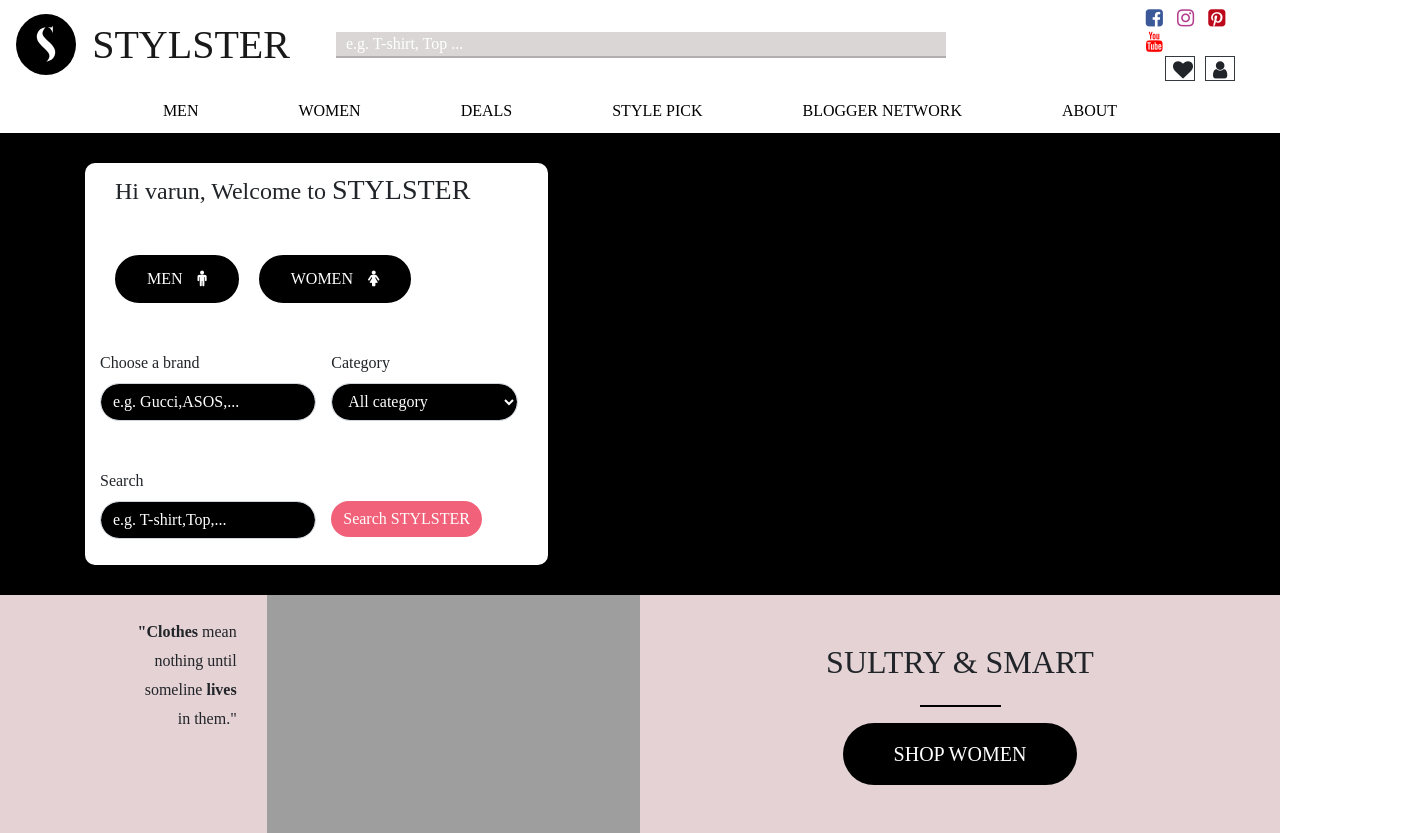
Repository: Lovekr/stylester
Page: stylster_frontend_design/index.html
An editor plug-in stored every save of this project. The page is shown before and after the next save, followed by the edit.
The browser window is 1280 px wide. The page is 1402 px wide, so the pictures cover 1402 px, including what lies to the right of the window. The pictures show the part of the page from y = 0 to 833 px (the page is 4695 px tall).
Pictures or frames that could not be fetched are drawn as grey boxes. Some web fonts or font styles are not loaded; a fallback is used.

Above is the page before, as saved 2020-03-03 19:02:56.

### stylster_frontend_design/index.html
<!DOCTYPE html>
<html lang="en">
<head>
    <meta charset="UTF-8">
    <meta name="viewport" content="width=device-width, initial-scale=1.0">
    <link rel="stylesheet" href="https://stackpath.bootstrapcdn.com/bootstrap/4.4.1/css/bootstrap.min.css" >
     <link rel="stylesheet" href="./css/owl.carousel.css">
     <link rel="stylesheet" href="./css//owl.theme.default.min.css">
     <link rel="stylesheet" href="https://cdnjs.cloudflare.com/ajax/libs/font-awesome/4.7.0/css/font-awesome.min.css">
    <link rel="stylesheet" href="./style.css">
    <link rel="stylesheet" href="./responsive.css">
    <title>STYLSTER</title>
</head>
<body>
    <div id="navbar">
        <nav class="navbar navbar-expand-lg navbar-light">
            <img class="pr-3"
            src="./asset/stylster logo1-01.svg"><a class="navbar-brand" href="#">STYLSTER</a>

          <button class="navbar-toggler" type="button" data-toggle="collapse" data-target="#navbarSupportedContent" aria-controls="navbarSupportedContent" aria-expanded="false" aria-label="Toggle navigation">
            <span class="navbar-toggler-icon"></span>
        </button>
            <div class="collapse navbar-collapse" id="navbarSupportedContent">
              <input type="text" placeholder="e.g. T-shirt, Top ...">
              <div class="navbar-manu-inside">
                <a href="#">MEN</a>
                <a href="#">WOMEN</a>
                <a href="#">DEALS</a>
                <a href="#">STYLE PICK</a>
                <a href="#">BLOGGER NETWORK</a>
                <a href="#">ABOUT</a>
              </div>
              <div class="displaynone1000">
                <div>
                    <i class="fa fa-facebook-square"></i>
                    <i class="fa fa-instagram"></i>
                    <i class="fa fa-pinterest-square"></i>
                    <i class="fa fa-youtube"></i>
                  </div>
                  <div class="flexIcon">
                    <i class="fa fa-heart border border-dark"></i>
                    <i class="fa fa-user border border-dark"></i>
                  </div>
              </div>
            </div>

        </nav>
        <div class="navbar-manu">
          <a href="#">MEN</a>
          <a href="#">WOMEN</a>
          <a href="#">DEALS</a>
          <a href="#">STYLE PICK</a>
          <a href="#">BLOGGER NETWORK</a>
          <a href="#">ABOUT</a>
        </div>
    </div>



    <div id="main-header">
        <div class="container">
            <div class="row">
                <div class="col-md-5 col-sm-12 bg-white">

                    <h4>Hi varun, Welcome to  <span class="stylster">  STYLSTER</span></h4>
                    <div class="category mt-5">
                        <div class="flex">
                            <span class="menCat">MEN<i class="fa fa-male"></i></span>
                            <span class="womenCat">WOMEN<i class="fa fa-female"></i></span>

                        </div>
                         </div>
                    <div class="row mt-5">
                        <div class="col-xs-12 col-sm-6 pad0">
                            <div class="form-group">
                                <label for="exampleInputEmail1">Choose a brand</label>
                                <input type="email" class="form-control" id="exampleInputEmail1" aria-describedby="emailHelp" placeholder="e.g. Gucci,ASOS,...">
                            </div>
                            <div class="form-group mt-5">
                                <label for="exampleInputEmail1">Search</label>
                                <input type="email" class="form-control" id="exampleInputEmail1" aria-describedby="emailHelp" placeholder="e.g. T-shirt,Top,...">
                            </div>
                        </div>
                        <div class="col-xs-12 col-sm-6">
                            <div>
                                <label for="exampleInputEmail1">Category</label>
                                <select id="inputState" class="form-control">
                                    <option selected>All category</option>
                                    <option>select 1</option>
                                    <option>select 2</option>
                                    <option>select 3</option>
                                    <option>select 4</option>
                                  </select>
                            </div>

                            <button class="btn btn-primary mt-5">Search STYLSTER</button>
                        </div>
                    </div>
                </div>
                <div class="col-md-6 col-sm-12"></div>
            </div>
        </div>
    </div>

    <div id="shoping">
        <div class="container-fluid">
            <div class="row">
                <div class="col-md-6 col-sm-12 pad0">
                    <div class="container-fluid">
                        <div class="row">

                            <div class="col-xs-12 col-sm-5 pad0 height300 bgPink res800">
                                <ul class="text-right">
                                    <li ><span class="font-weight-bold">"Clothes</span> mean</li>
                                    <li>nothing until</li>
                                    <li>someline <span class="font-weight-bold">lives</span></li>
                                    <li>in them."</li>
                                </ul>
                            </div>
                            <div class="col-xs-12 col-sm-7 pad0 height300">
                                <img class="imgauto" src="https://images.unsplash.com/photo-1554555819-f722cb0c01c5?ixlib=rb-1.2.1&ixid=eyJhcHBfaWQiOjEyMDd9&auto=format&fit=crop&w=334&q=80">
                            </div>
                        </div>
                    </div>

                    <div class="text-center p-5 bgBlue">
                        <h2 class="pb-4">ELEGANT & SLICK</h2>
                        <div class="line my-3">
                            <div class="line200"></div>
                        </div>
                        <button class="btn my-3 btnBlack">SHOP MEN</button>
                    </div>

                </div>
                <div class="col-md-6 col-sm-12 pad0">
                    <div class="text-center p-5 bgPink">
                        <h2 class="pb-4">SULTRY & SMART</h2>
                        <div class="line ">
                            <div class="line200"></div>
                        </div>
                        <button class="btn my-3 btnBlack">SHOP WOMEN</button>
                    </div>
                    <div class="container-fluid">
                        <div class="row">
                            <div class="col-xs-12 col-sm-7 pad0 height300 ">
                                <img class="img-responsive" src="https://images.unsplash.com/photo-1544632247-c645ab44e580?ixlib=rb-1.2.1&ixid=eyJhcHBfaWQiOjEyMDd9&auto=format&fit=crop&w=334&q=80">
                            </div>
                            <div class="col-xs-12 col-sm-5 pad0 height300 bgBlue res800">
                                <ul class="text-left">
                                    <li >"The <span class="font-weight-bold">difference</span> mean</li>
                                    <li>between</li>
                                    <li><span class="font-weight-bold">style</span> & <span class="font-weight-bold">fashion</span></li>
                                    <li>is quality."</li>
                                </ul>
                            </div>
                        </div>
                    </div>
                </div>
        </div>
    </div>


    <div id="galleryCard" class="container-fluid">
            <div>
                <div class="flex1 pt-5">
                    <div>
                        <h3>Hot Deals</h3>
                    </div>
                    <div>
                        <button class="btn btn-outline-dark">VIEW ALL</button>
                    </div>
                </div>
                <div class="row mt-5 height200">
                    <div class="col-md-12 col-lg-4">
                        <div class="height250">
                            <img class="img-fluid" src="https://images.unsplash.com/photo-1544005313-94ddf0286df2?ixlib=rb-1.2.1&ixid=eyJhcHBfaWQiOjEyMDd9&auto=format&fit=crop&w=334&q=80">
                            <div class="overlay"></div>
                            <div class=" hoverText">
                                <div class="text-center">
                                    <div>
                                        <h4>SUMMER</h4>
                                        <h1>SALE</h1>
                                        <h5>UP TO 40% OFF</h5>
                                        <button class="btn btn-secondary btn-lg my-3">SHOP NOW</button>
                                    </div>
                                </div>
                            </div>
                        </div>
                    </div>
                    <div class="col-md-12 col-lg-4">
                        <div class="height250">
                            <img class="img-fluid" src="https://images.unsplash.com/photo-1542080681-b52d382432af?ixlib=rb-1.2.1&ixid=eyJhcHBfaWQiOjEyMDd9&auto=format&fit=crop&w=334&q=80">
                            <div class="overlay"></div>
                            <div class=" hoverText">
                                <div class="text-center">
                                    <div class="text">
                                        <h4>SUMMER</h4>
                                        <h1>SALE</h1>
                                        <h5>UP TO 40% OFF</h5>
                                        <button class="btn btn-secondary btn-lg my-3">SHOP NOW</button>
                                    </div>
                                </div>
                            </div>
                        </div>
                    </div>
                    <div class="col-md-12 col-lg-4 height400">
                        <div class="height250">
                            <img class="img-fluid" src="https://images.unsplash.com/photo-1486663845017-3eedaa78617f?ixlib=rb-1.2.1&ixid=eyJhcHBfaWQiOjEyMDd9&auto=format&fit=crop&w=334&q=80">
                            <div class="overlay"></div>
                            <div class=" hoverText">
                                <div class="text-center">
                                    <div>
                                        <h4>SUMMER</h4>
                                        <h1>SALE</h1>
                                        <h5>UP TO 40% OFF</h5>
                                        <button class="btn btn-secondary btn-lg my-3">SHOP NOW</button>
                                    </div>
                                </div>
                            </div>
                        </div>
                    </div>
                </div>
            </div>

            <div class="Style-pick">

                <div class="flex1 ">
                    <div>
                        <h3>Style Pick</h3>
                    </div>
                    <div>
                        <button class="btn btn-outline-dark">VIEW ALL</button>
                    </div>
                </div>

                <div class="bgBlack">
                    <h3 class="py-4">Choose your Budget</h3>
                    <div class="owl-carousel owl-theme">
                        <div class="item">
                            <img class="img-" alt="Responsive image" src="https://images.unsplash.com/photo-1486663845017-3eedaa78617f?ixlib=rb-1.2.1&ixid=eyJhcHBfaWQiOjEyMDd9&auto=format&fit=crop&w=334&q=80">
                            <h3 class="inside-title buttonhover"><i class="fa fa-inr"></i> 0-1500</h3>
                        </div>
                        <div class="item">
                            <img class="img-" alt="Responsive image" src="https://images.unsplash.com/photo-1541647376583-8934aaf3448a?ixlib=rb-1.2.1&ixid=eyJhcHBfaWQiOjEyMDd9&auto=format&fit=crop&w=334&q=80">
                            <h3 class="inside-title buttonhover"><i class="fa fa-inr"></i> 1500-3000</h3>
                        </div>
                        <div class="item">
                            <img class="img-responsive" alt="Responsive image" src="https://images.unsplash.com/photo-1486663845017-3eedaa78617f?ixlib=rb-1.2.1&ixid=eyJhcHBfaWQiOjEyMDd9&auto=format&fit=crop&w=334&q=80">
                            <h3 class="inside-title buttonhover"><i class="fa fa-inr"></i> 3000-5000</h3>
                        </div>
                        <div class="item">
                            <img class="img-responsive" alt="Responsive image" src="https://images.unsplash.com/photo-1571816119553-df62a2eedf56?ixlib=rb-1.2.1&ixid=eyJhcHBfaWQiOjEyMDd9&auto=format&fit=crop&w=334&q=80">
                            <h3 class="inside-title buttonhover"><i class="fa fa-inr"></i> 5000-1000</h3>
                        </div>
                        <div class="item">
                            <img class="img-responsive" alt="Responsive image" src="https://images.unsplash.com/photo-1486663845017-3eedaa78617f?ixlib=rb-1.2.1&ixid=eyJhcHBfaWQiOjEyMDd9&auto=format&fit=crop&w=334&q=80">
                            <h3 class="inside-title buttonhover">LUXURY COLLECTION</h3>
                        </div>

                    </div>
                </div>

            </div>

            <div class="flex1 pt-5">
                <div>
                    <h3>Connect With Your Favourite Bloggers </h3>
                </div>
                <div>
                    <button class="btn btn-outline-dark">VIEW ALL</button>
                </div>
            </div>


             <div class="blog">
                <div class="container-fluid">
                 <div class="row">



                     <div class="col-sm-12 col-md-6 col-lg-4">
                         <div class="blog3">
                             <div class="imgBlock">
                                 <div class="blog-title">
                                    <h4>Juhi Godambe</h4>
                                </div>
                             <img class="img-fluid" src="https://images.unsplash.com/photo-1574473084259-9839447145a2?ixlib=rb-1.2.1&auto=format&fit=crop&w=750&q=80">
                             </div>

                             <div class="wrapper p-2">
                                <p class="colorblue">01/19-01/23</p>
                                <p>Click here to add your own content, or
                                    connect to data from your collections.</p>

                                    <div class="floatLeft mt-4">
                                        <div class="blogIcon">
                                            <i class="fa fa-user fa-2x"></i>
                                        </div>

                                        <button type="button" class="btn buttonhover">Visit Profile</button>
                                    </div>
                             </div>

                         </div>
                     </div>


                     <div class="col-sm-12 col-md-6 col-lg-4">
                        <div class="blog3">
                            <div class="imgBlock">
                                <div class="blog-title">
                                   <h4>Juhi Godambe</h4>
                               </div>
                            <img class="img-fluid" src="https://images.unsplash.com/photo-1574473084259-9839447145a2?ixlib=rb-1.2.1&auto=format&fit=crop&w=750&q=80">
                            </div>

                            <div class="wrapper p-2">
                               <p class="colorblue">01/19-01/23</p>
                               <p>Click here to add your own content, or
                                   connect to data from your collections.</p>

                                   <div class="floatLeft mt-4">
                                       <div class="blogIcon">
                                           <i class="fa fa-user fa-2x"></i>
                                       </div>

                                       <button type="button" class="btn buttonhover">Visit Profile</button>
                                   </div>
                            </div>

                        </div>
                    </div>

                    <div class="col-sm-12 col-md-6 col-lg-4">
                        <div class="blog3">
                            <div class="imgBlock">
                                <div class="blog-title">
                                   <h4>Juhi Godambe</h4>
                               </div>
                            <img class="img-fluid" src="https://images.unsplash.com/photo-1574473084259-9839447145a2?ixlib=rb-1.2.1&auto=format&fit=crop&w=750&q=80">
                            </div>

                            <div class="wrapper p-2">
                               <p class="colorblue">01/19-01/23</p>
                               <p>Click here to add your own content, or
                                   connect to data from your collections.</p>

                                   <div class="floatLeft mt-4">
                                       <div class="blogIcon">
                                           <i class="fa fa-user fa-2x"></i>
                                       </div>

                                       <button type="button" class="btn buttonhover">Visit Profile</button>
                                   </div>
                            </div>

                        </div>
                    </div>

                 </div>
                </div>

             </div>




             <div class="styleter-Blog">
                <div class="flex1 py-4">
                    <div>
                        <h3>Stylster Blog</h3>
                    </div>
                    <div>
                        <button class="btn btn-outline-dark">VIEW ALL</button>
                    </div>
                </div>
                <div class="row">
                    <div class="col-sm-12 col-md-6 col-lg-4 mb-3 dealItem">
                        <img class="img-responsive" src="https://images.unsplash.com/photo-1565616807513-b5fb09209c85?ixlib=rb-1.2.1&ixid=eyJhcHBfaWQiOjEyMDd9&auto=format&fit=crop&w=375&q=80">
                        <p class="style-blog-title">Meghan Markle is pregnant </p>
                    </div>
                    <div class="col-sm-12 col-md-6 col-lg-4 mb-3 dealItem">
                          <img class="img-responsive" src="https://images.unsplash.com/photo-1554151228-14d9def656e4?ixlib=rb-1.2.1&ixid=eyJhcHBfaWQiOjEyMDd9&auto=format&fit=crop&w=333&q=80">
                          <p class="style-blog-title">The Knee-High Boots You’ll
                            Need This Fall</p>
                    </div>
                    <div class="col-sm-12 col-md-6 col-lg-4 mb-3 dealItem">
                        <img class="img-responsive" src="https://images.unsplash.com/photo-1579591919791-0e3737ae3808?ixlib=rb-1.2.1&auto=format&fit=crop&w=358&q=80">
                        <p class="style-blog-title">Anna Wintour Says You Can’t
                            Wear THIS In The Fall</p>

                    </div>

                    <div class="col-sm-12 col-md-6 col-lg-4 mb-3 dealItem">
                        <img class="img-responsive" src="https://images.unsplash.com/photo-1565616807513-b5fb09209c85?ixlib=rb-1.2.1&ixid=eyJhcHBfaWQiOjEyMDd9&auto=format&fit=crop&w=375&q=80">
                        <p class="style-blog-title">Meghan Markle is pregnant </p>
                    </div>
                    <div class="col-sm-12 col-md-6 col-lg-4 mb-3 dealItem">
                          <img class="img-responsive" src="https://images.unsplash.com/photo-1554151228-14d9def656e4?ixlib=rb-1.2.1&ixid=eyJhcHBfaWQiOjEyMDd9&auto=format&fit=crop&w=333&q=80">
                          <p class="style-blog-title">The Knee-High Boots You’ll
                            Need This Fall</p>
                    </div>
                    <div class="col-sm-12 col-md-6 col-lg-4 mb-3 dealItem">
                        <img class="img-responsive" src="https://images.unsplash.com/photo-1579591919791-0e3737ae3808?ixlib=rb-1.2.1&auto=format&fit=crop&w=358&q=80">
                        <p class="style-blog-title">Anna Wintour Says You Can’t
                            Wear THIS In The Fall</p>

                </div>
             </div>
    </div>
</div>


<div id="footer" class="container-fluid">
    <div class="row">
        <div class="col-xs-12 col-sm-6 col-md-3 rline">
            <h3 class="footer-stylster"><img class="pr-3" src="./asset/stylster logo1-01.svg">STYLSTER</h1>
        </div>
        <div class="col-xs-12 col-sm-6 col-md-3 rline rline3">
            <h3>CUSTOMER CARE</h3>
            <ul>
                <li><a href="#">Shopping Policy ></a></li>
                <li><a href="#">Return Policy ></a></li>
                <li><a href="#">Contact Us ></a></li>
                <li><a href="#">About Us ></a></li>
            </ul>

        </div>
        <div class="col-xs-12 col-sm-6 col-md-3 rline">
            <h3>VISIT OUR STORE</h3>
            <ul>
                <li><a href="#">500 Terry Francois Street ></a></li>
                <li><a href="#">San Francisco, CA 94158 ></a></li>

            </ul>
        </div>
        <div class="col-xs-12 col-sm-6 col-md-3 rline2">
            <h3>STAY CONNECTED</h3>
            <div class="mt-4">
                <a href="#"><i class="fa fa-facebook-square fa-2x pr-2"></i></a>
                <a href="#"><i class="fa fa-instagram fa-2x pr-2"></i></a>
                <a href="#"><i class="fa fa-twitter-square fa-2x pr-2"></i></a>
                <a href="#"><i class="fa fa-youtube fa-2x "></i></a>

            </div>
        </div>
    </div>
</div>








    <script src="https://code.jquery.com/jquery-3.4.1.slim.min.js" ></script>
    <script src="https://cdn.jsdelivr.net/npm/popper.js@1.16.0/dist/umd/popper.min.js" ></script>
    <script src="https://stackpath.bootstrapcdn.com/bootstrap/4.4.1/js/bootstrap.min.js" ></script>
    <script src="./js/owl.carousel.js"></script>
    <script>
        $('.owl-carousel').owlCarousel({
            loop: true,
            margin:40,
            nav:true,

            responsive:{
                0:{
                    items:1
                },
                800:{
                    items:2
                }

            }
})
    </script>

</body>
</html>

Loaded but not shown: stylster_frontend_design/css/owl.carousel.css (library); stylster_frontend_design/css/owl.theme.default.min.css (common file); stylster_frontend_design/js/owl.carousel.js (library); stylster_frontend_design/style.css (629 lines, source omitted); stylster_frontend_design/responsive.css (93 lines, source omitted)

After the next save:
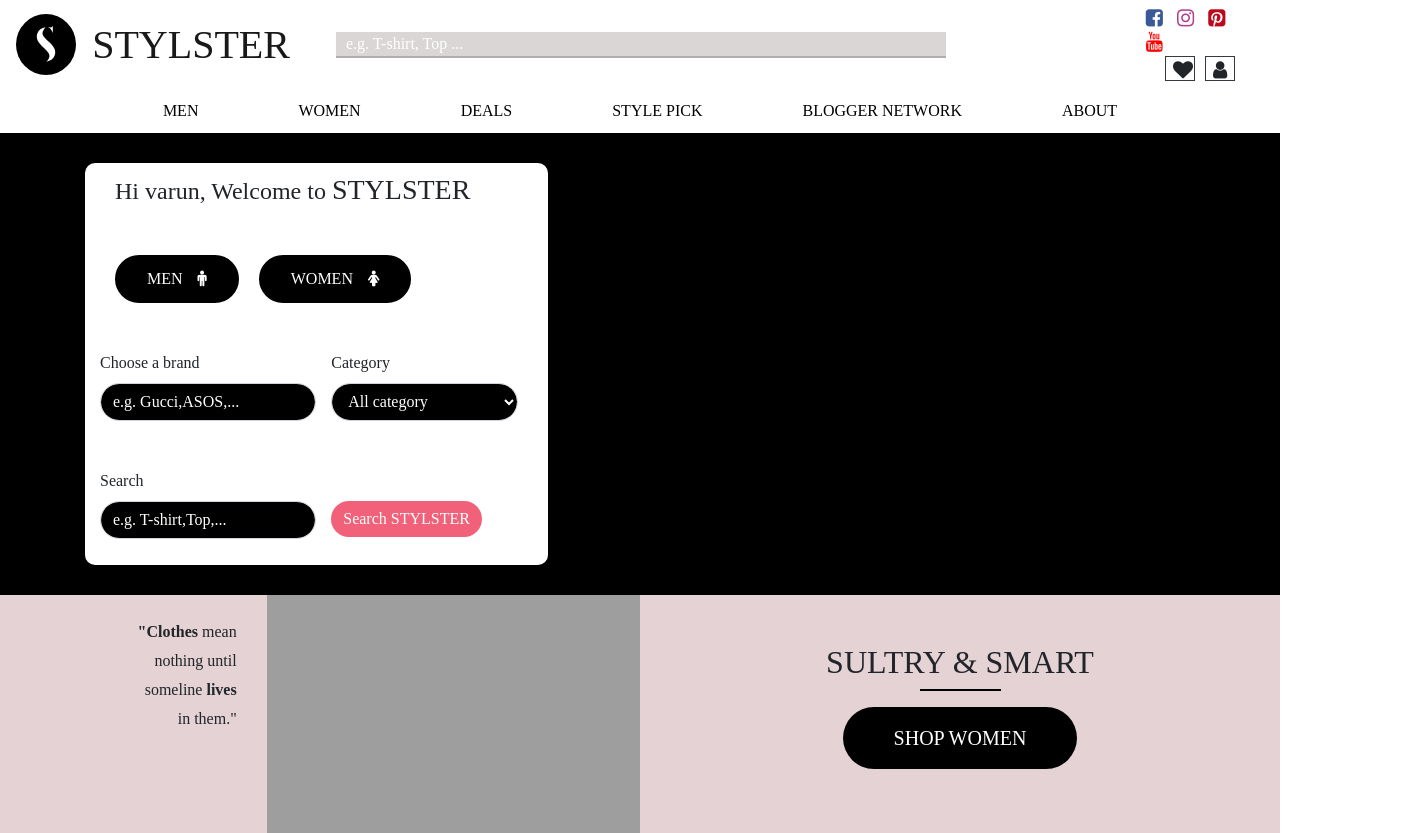
Saved 7 s later.
--- a/stylster_frontend_design/index.html
+++ b/stylster_frontend_design/index.html
@@ -134,7 +134,7 @@
                 </div>
                 <div class="col-md-6 col-sm-12 pad0">
                     <div class="text-center p-5 bgPink">
-                        <h2 class="pb-4">SULTRY & SMART</h2>
+                        <h2 class="pb-2">SULTRY & SMART</h2>
                         <div class="line ">
                             <div class="line200"></div>
                         </div>
